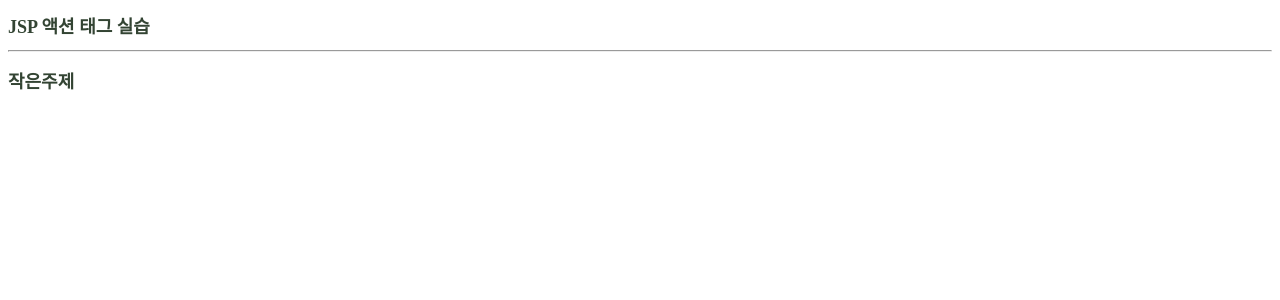
Repository: hyyrim/WebStudy
Page: http://localhost/WebApp16/Calc.jsp
An editor plug-in stored every save of this project. The page is shown before and after the next save, followed by the edit.
The browser window is 1280 px wide. The pictures show the whole page.
The page is served by Tomcat 9.

Above is the page before, as saved 2021-05-20 03:05:26.

After the next save:
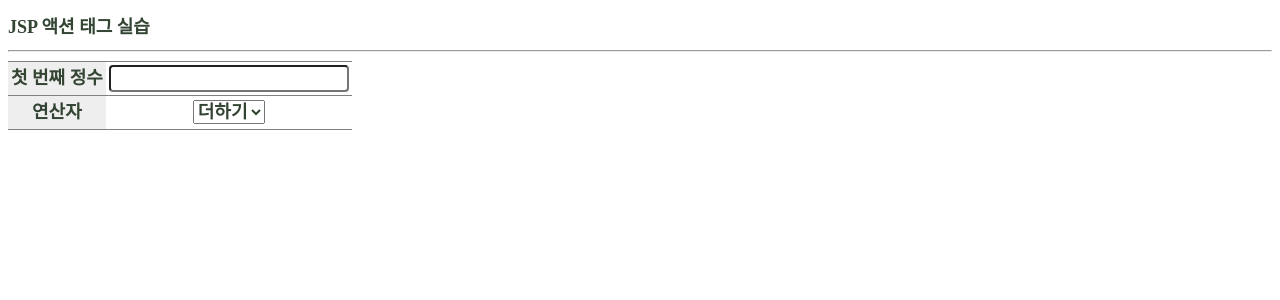
Saved 117 s later.
--- a/WebApp16/WebContent/Calc.jsp
+++ b/WebApp16/WebContent/Calc.jsp
@@ -15,8 +15,26 @@
 </div>
 
 <div>
-	<h2>작은주제</h2>
 	<form>
+		<table class="table">
+			<tr>
+				<th>첫 번째 정수</th>
+				<td>
+					<input type="text" name="su1" class="txtNum">
+				</td>
+			</tr>
+			<tr>
+				<th>연산자</th>
+				<td>
+					<select name="op">
+						<option value="+">더하기</option>
+						<option value="-">빼기</option>
+						<option value="*">곱하기</option>
+						<option value="/">나누기</option>
+					</select>
+				</td>
+			</tr>
+		</table>
 	</form>
 </div>
 
